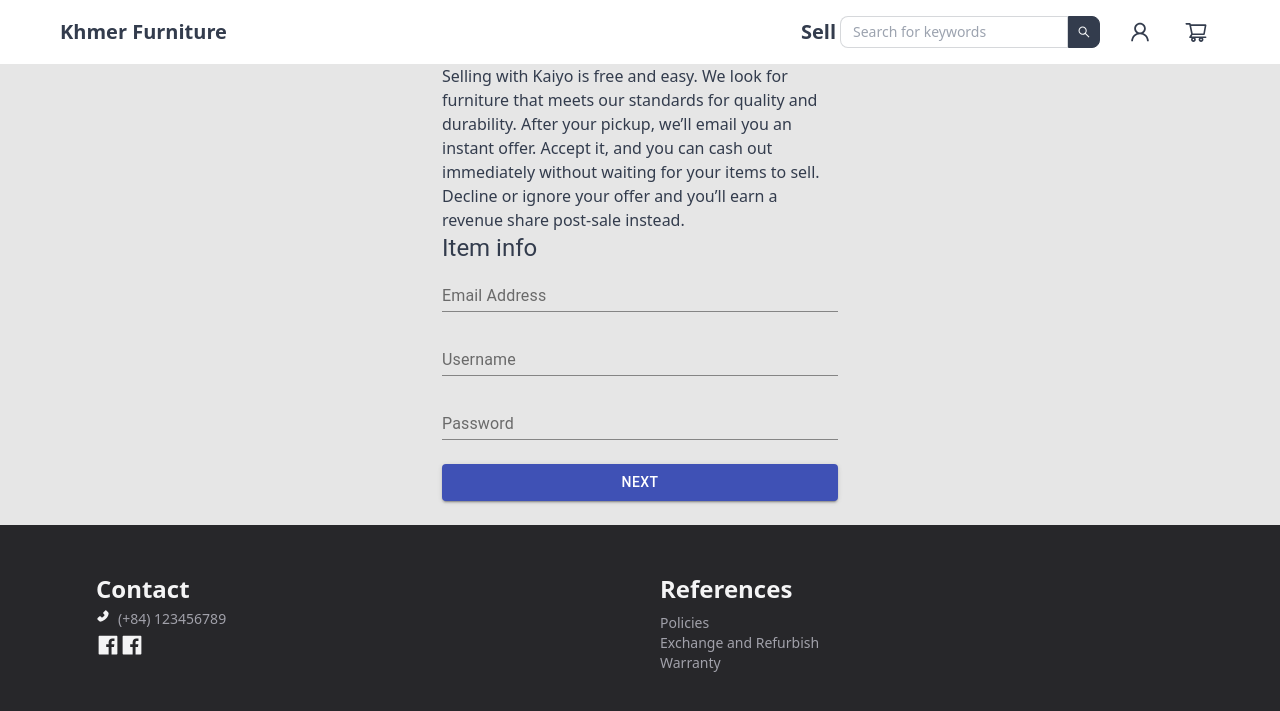
Repository: PlayerNguyen/dotot-shop
Page: /sell (app in client/)
These files come from the project's save history. The page is drawn as it stood at one moment and after the next save; the edit follows.
The browser window is 1280 px wide. The pictures show the whole page.
The project was rebuilt for these pictures with package versions that can differ from the ones it lists, and the page was loaded fresh each time. Also part of the build but not shown: client/src/components/NoMatch/NoMatch.jsx, client/src/components/Sell/ProductDetails.js, client/src/components/Sell/Confirmation.js, client/src/components/Sell/Success.js.

Above is the page before, as saved 2022-12-06 11:22:30.

After the next save:
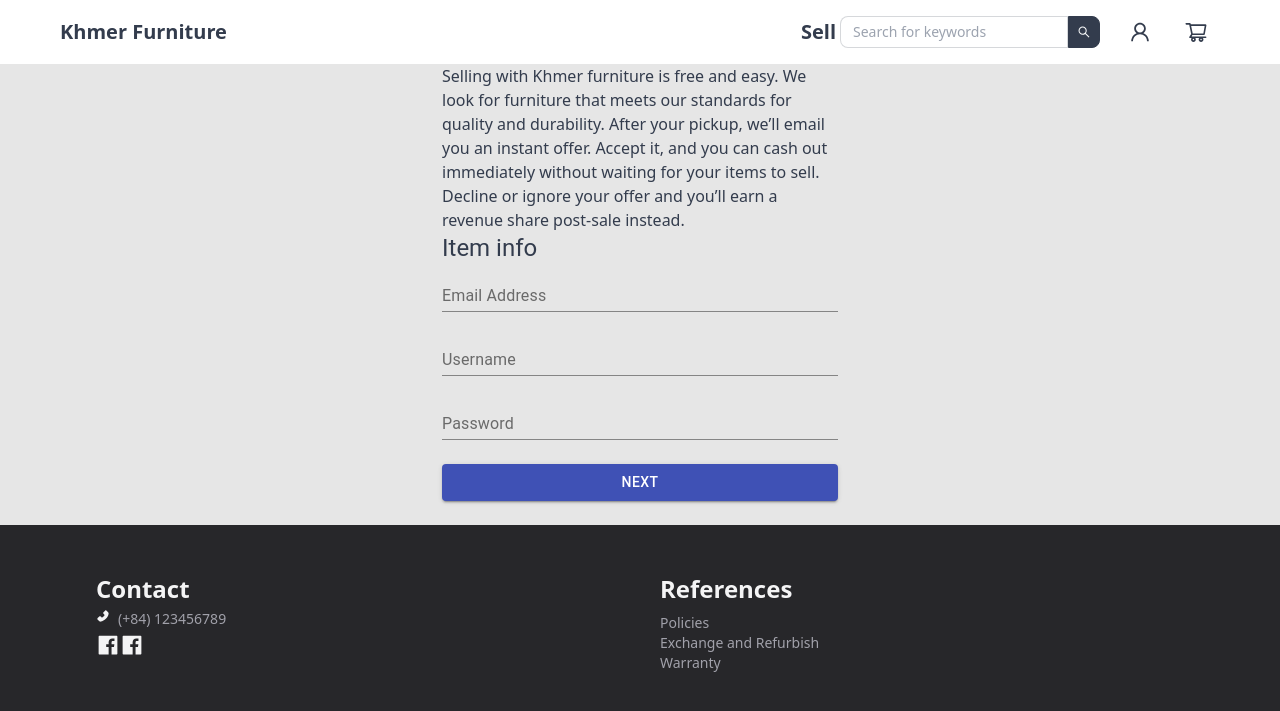
Saved 89 s later.
--- a/client/src/components/Sell/UserDetails.js
+++ b/client/src/components/Sell/UserDetails.js
@@ -14,8 +14,10 @@ const UserDetails = ({ nextStep, handleChange, values }) => {
     return (
       <Container  component="main" maxWidth="xs">
         <div>
-        <div> Selling with Kaiyo is free and easy. We look for furniture that meets our standards for quality and durability.
-After your pickup, we’ll email you an instant offer. Accept it, and you can cash out immediately without waiting for your items to sell. Decline or ignore your offer and you’ll earn a revenue share post-sale instead.</div>
+        <div> Selling with Khmer furniture is free and easy. We look for furniture that meets our standards for quality and durability.
+          After your pickup, we’ll email you an instant offer. Accept it, and you can cash out immediately without waiting for your items to sell.
+           Decline or ignore your offer and you’ll earn a revenue share post-sale instead.</div>
+
           <Typography  component="h1" variant="h5" className='content-center bold'>
            Item info
           </Typography>
